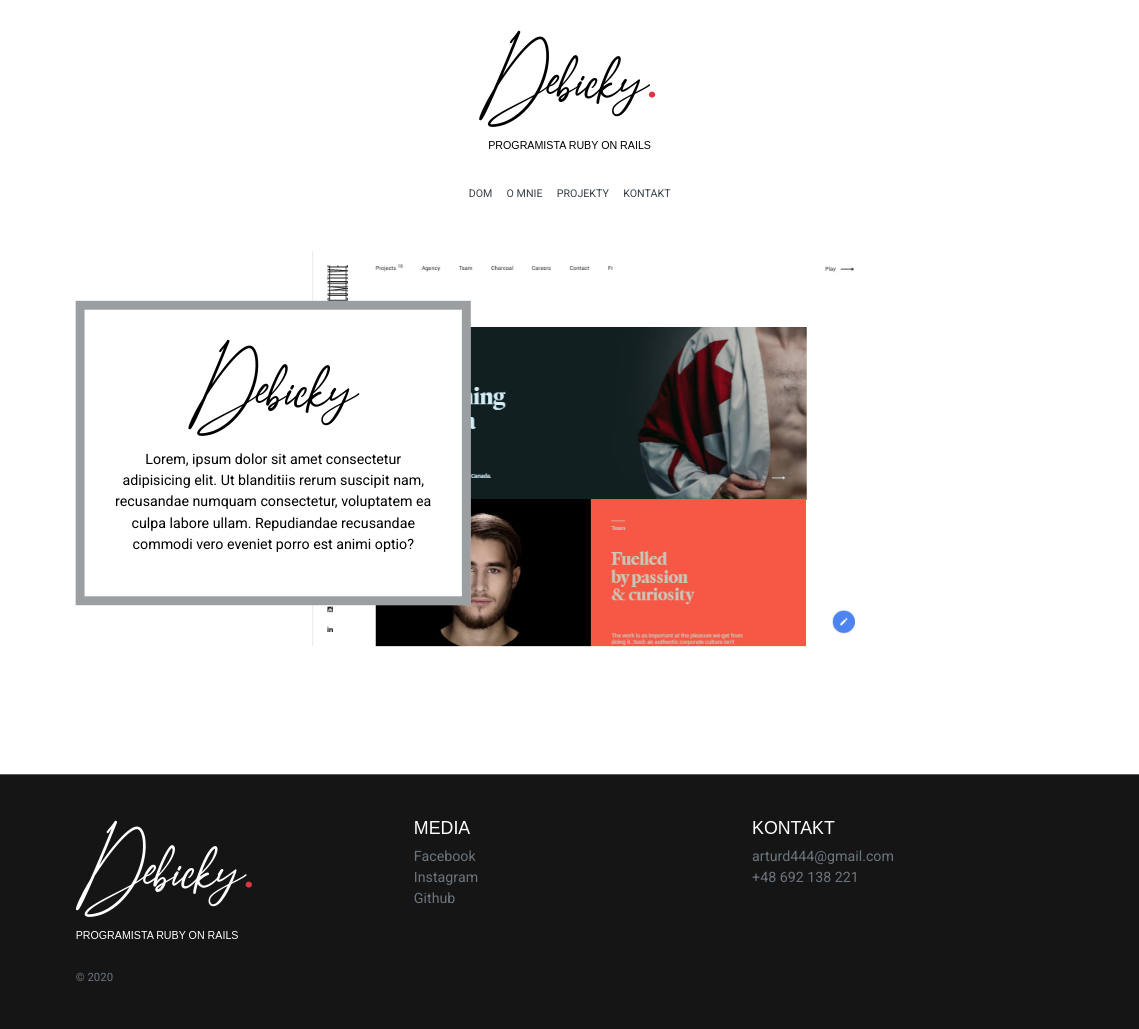
Repository: debicky/debicky.github.io
Page: index.html
These files come from the project's save history. The page is drawn as it stood at one moment and after the next save; the edit follows.
The browser window is 1280 px wide. The pictures show the whole page, at 89% of full size.
Some web fonts or font styles are not loaded; a fallback is used. Some web libraries are served in a nearby version.

Above is the page before, as saved 2020-06-10 11:18:40.

### index.html
<!DOCTYPE html>
<html lang="en">
<head>
  <meta charset="UTF-8">
  <meta name="viewport" content="width=device-width, initial-scale=1.0">
  <title>Debicky</title>
  <link rel="stylesheet" href="https://stackpath.bootstrapcdn.com/bootstrap/4.5.0/css/bootstrap.min.css" integrity="sha384-9aIt2nRpC12Uk9gS9baDl411NQApFmC26EwAOH8WgZl5MYYxFfc+NcPb1dKGj7Sk" crossorigin="anonymous">
  <link rel="stylesheet" href="https://cdnjs.cloudflare.com/ajax/libs/font-awesome/5.11.2/css/all.min.css">
  <link rel="stylesheet" href="styles.css">
</head>
<body>


  <header>
    <a href="index.html">
      <div class="signature">
        <h5 class="signature-heading">Debicky<span class="text-danger font-weight-bolder">.</span></h5>
        <h3 class="signature-subhead">Programista Ruby on Rails</h3>
      </div>
    </a>
  </header>

  <div class="container">
    <nav class="navbar navbar-expand-md p-0 rounded">
      <button class="navbar-toggler" type="button" data-toggle="collapse" data-target="#navbarSupportedContent" aria-controls="navbarSupportedContent" aria-expanded="false" aria-label="Toggle navigation">
        <i class="fas fa-bars"></i>
        <i class="fas fa-times"></i>
      </button>

      <div class="collapse navbar-collapse d-md-flex justify-content-center" id="navbarSupportedContent">
        <ul class="navbar-nav">
          <li class="nav-item active">
            <a class="nav-link" href="index.html">Dom</a>
          </li>
          <li class="nav-item">
            <a class="nav-link" href="#">O mnie</a>
          </li>
          <li class="nav-item">
            <a class="nav-link" href="#">Projekty</a>
          </li>
          <li class="nav-item">
            <a class="nav-link" href="#">Kontakt</a>
          </li>
        </ul>
      </div>
    </nav>
  </div>

  <section class="about py-5">
    <div class="container">
      <div class="about-content">
        <div class="about-description">
          <div class="signature">
            <h5 class="signature-heading">Debicky</h5>
            <p>Lorem, ipsum dolor sit amet consectetur adipisicing elit. Ut blanditiis rerum suscipit nam, recusandae numquam consectetur, voluptatem ea culpa labore ullam. Repudiandae recusandae commodi vero eveniet porro est animi optio?</p>
          </div>
        </div>
        <div class="about-image">
          <a href="/images/1.jpeg">
            <img src="/images/2.jpeg" alt="img1">
          </a>
        </div>
      </div>
    </div>
  </section>


  <section class="projects py-5">


  </section>


  <footer class="py-5">
    <div class="container">
      <div class="row">
        <div class="col-12 col-md-5 col-lg-4 mb-5 mb-md-0">
          <a href="index.html">
            <div class="signature-footer">
              <h5 class="signature-heading">Debicky<span class="text-danger font-weight-bolder">.</span></h5>
              <h3 class="signature-subhead">Programista Ruby on Rails</h3>
            </div>
          </a>
          <small class="d-block mt-2 text-muted">&copy; 2020</small>
        </div>
        <div class="col-12 col-md-5 col-lg-4 mb-5 mb-md-0">
          <h5 class="text-uppercase">Media</h5>
          <ul class="list-unstyled mb-0">
            <li>
              <a href="https://www.facebook.com/artur.debicki.5" class="text-muted">Facebook</a>
            </li>
            <li>
              <a href="https://www.instagram.com/debicky" class="text-muted">Instagram</a>
            </li>
            <li>
              <a href="https://github.com/debicky" class="text-muted">Github</a>
            </li>
          </ul>
        </div>
        <div class="col-12 col-md-5 col-lg-4">
          <h5 class="text-uppercase">Kontakt</h5>
              <ul class="list-unstyled text-small mb-0">
                <li>
                  <a href="mailto:arturd444@gmail.com" class="text-muted">arturd444@gmail.com</a>
                </li>
                <li>
                  <p class="text-muted">+48 692 138 221</p>
                </li>
              </ul>
        </div>
      </div>
    </div>
  </footer>



  <script src="https://code.jquery.com/jquery-3.5.1.slim.min.js" integrity="sha384-DfXdz2htPH0lsSSs5nCTpuj/zy4C+OGpamoFVy38MVBnE+IbbVYUew+OrCXaRkfj" crossorigin="anonymous"></script>
  <script src="https://cdn.jsdelivr.net/npm/popper.js@1.16.0/dist/umd/popper.min.js" integrity="sha384-Q6E9RHvbIyZFJoft+2mJbHaEWldlvI9IOYy5n3zV9zzTtmI3UksdQRVvoxMfooAo" crossorigin="anonymous"></script>
  <script src="https://stackpath.bootstrapcdn.com/bootstrap/4.5.0/js/bootstrap.min.js" integrity="sha384-OgVRvuATP1z7JjHLkuOU7Xw704+h835Lr+6QL9UvYjZE3Ipu6Tp75j7Bh/kR0JKI" crossorigin="anonymous"></script>
  <script src="script.js"></script>

</body>
</html>

### styles.css
@import url('https://fonts.googleapis.com/css?family=Playfair+Display+SC|Roboto:300,400&display=swap');

@font-face {
  font-family: "AmostelySignature";
  src: url("/fonts/AmostelySignature.ttf");
  }

body, html {
  font-family: "Roboto", sans-serif;
}

a:hover {
  text-decoration: none;;
}

/* Heading & nav  */

header{
  height: 200px;
  width: 100%;
  display: flex;
  align-items: center;
  justify-content: center;
}

.signature{
  color: black;
  text-align: center;
  user-select: none;
}


.signature-heading{
  font-family: 'AmostelySignature', cursive;
  font-size: 80px;
  margin-bottom: 30px;
}

.signature-subhead{
  font-family: 'Playfair Display SC', sans-serif;
  font-size: 12px;
  text-transform: uppercase;
  margin-bottom: 0;
}

.navbar{
  background-color: #384147;
}

.navbar-toggler i{
  color: #fff;
  font-size: 25px;
}

.navbar-toggler .fa-times{
  display: none;
}

.navbar-toggler.menu-open  .fa-bars{
  display: none;
}

.navbar-toggler.menu-open  .fa-times{
  display: block;
}

.navbar-nav{
  padding: 20px;
}

.nav-link{
  color: #fff;
  text-transform: uppercase;
  transition: opacity .5s;
  font-size: 12px;
}

.nav-link:hover{
  color: maroon;
}

/* About */

.about-content{
  display: flex;
  flex-direction: column;
}

.about-description{
  width: 100%;
  background-color: #fff;
  padding: 40px;
  outline: 5px solid rgba(56, 65, 71, 0.5);
  outline-offset: -5px;
  order: 2;
  margin-top: 5px;
}

.about-image{
  order: 1;
}

.about-image img{
  width: 100%;
  height: auto;
  display: block;
}

.about-image a::after{
  font-family: 'Font Awesome 5 Free';
  content: "\f35d";
  font-weight: 600;
  position: absolute;
  top: 50%;
  left: 50%;
  transform: translate(-50%, -50%);
  color: maroon;
  font-size: 25px;
  z-index: 101;
  width: 70px;
  height: 70px;
  border: 3px solid #fff;
  border-radius: 100%;
  display: flex;
  align-items: center;
  justify-content: center;
  opacity: 0;
  transition: opacity .5s;
}

.about-image a:hover::after{
  opacity: .7;
}


/* Footer */

.signature-footer{
  font-family: 'AmostelySignature', cursive;
  font-size: 30px;
  margin-bottom: 30px;
}

footer {
  background-color: #151515;
}

footer h5, footer h3{
  color: #fff;
  font-family: 'Playfair Display SC', sans-serif;
}

a.text-muted:hover{
  color: maroon !important;
}

@media screen and (min-width: 768px) {
  .navbar{
    background-color: transparent;
  }
  .navbar-nav{
    padding: 0;
  }
  .nav-link{
    color: #384147;
  }

  nav:hover .nav-link:not(:hover){
    opacity: .5;
  }

  .about-content{
    position: relative;
    display: block;
  }

  .about-description{
    position: absolute;
    top: 80%;
    transform: translateY(-50%);
    width: 60%;
    outline-offset: -10px;
  }

  .about-image img{
    width: 70%;
    margin-left: auto;
  }
}

@media screen and (min-width: 1200px) {
  .about-description{
    top: 50%;
    width: 40%;
    outline: 10px solid rgba(56, 65, 71, 0.5);
    offset: -20px;
  }

  .about-image{
    width: 80%;
  }
}

### script.js
$('.navbar-toggler').on('click', function () {
  $(this).toggleClass('menu-open')
})

After the next save:
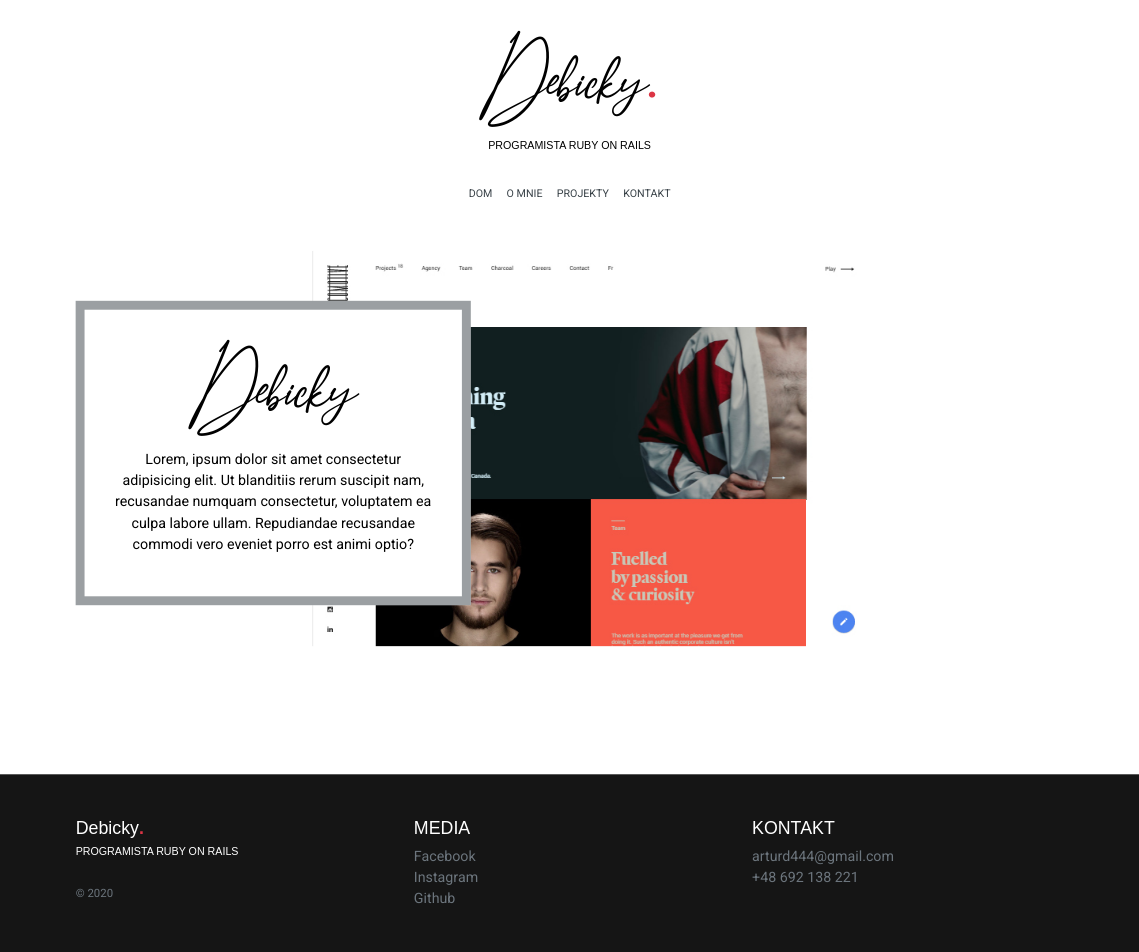
Saved 49 s later.
--- a/index.html
+++ b/index.html
@@ -77,7 +77,7 @@
         <div class="col-12 col-md-5 col-lg-4 mb-5 mb-md-0">
           <a href="index.html">
             <div class="signature-footer">
-              <h5 class="signature-heading">Debicky<span class="text-danger font-weight-bolder">.</span></h5>
+              <h5 class="signature-footer-heading">Debicky<span class="text-danger font-weight-bolder">.</span></h5>
               <h3 class="signature-subhead">Programista Ruby on Rails</h3>
             </div>
           </a>
